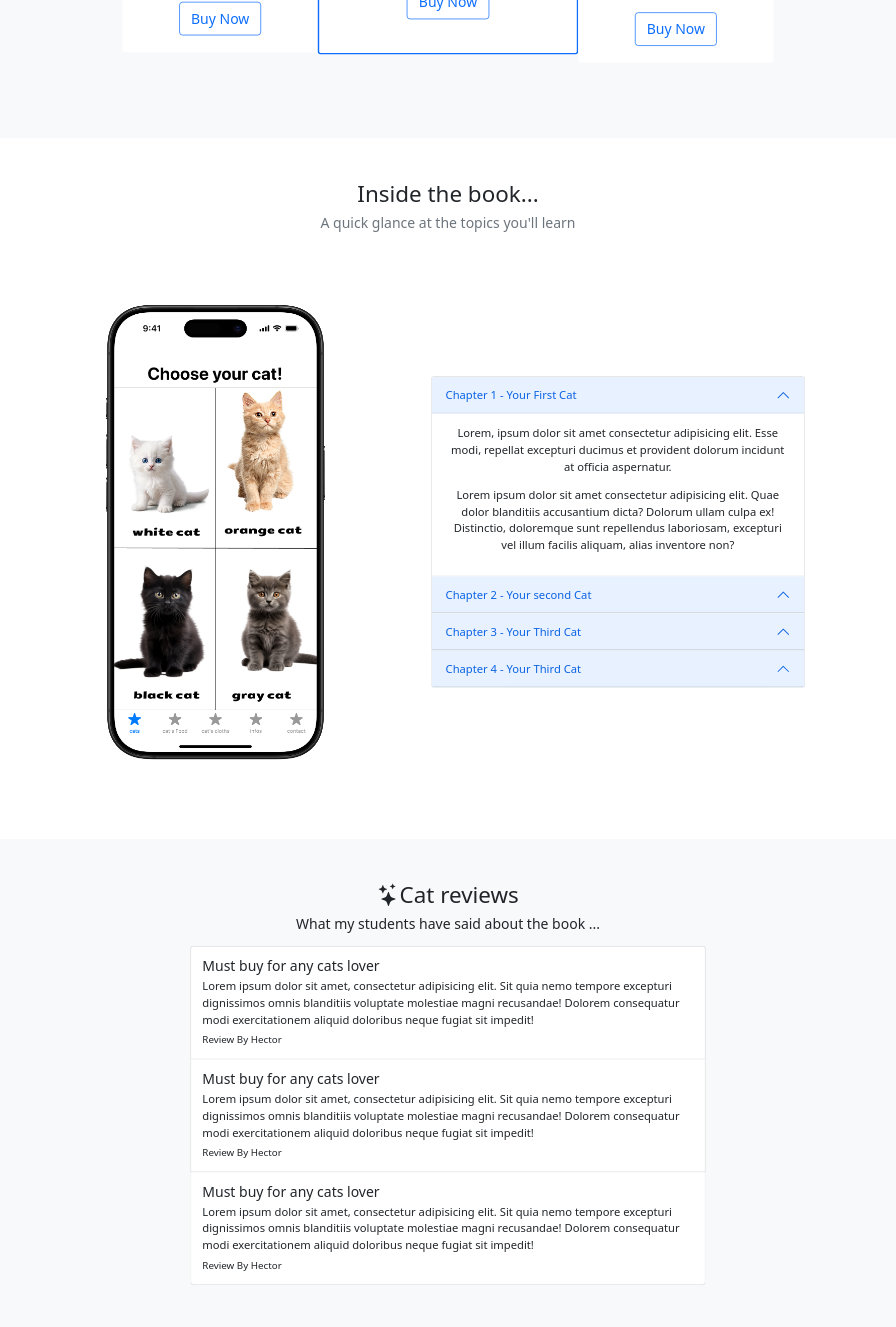
Repository: rihebtlh/catty-storefront
Page: index.html
The author's editor kept a copy of each file at every save. The page is drawn from the files as they stood at one save, then again after the next save.
The browser window is 1280 px wide. The pictures show the part of the page from y = 1261 to 3181 px (the page is 3157 px tall before and 3181 px after), at 70% of full size.

Above is the page before, as saved 2025-06-18 16:42:22.

### index.html
<!DOCTYPE html>
<html lang="en">
<head>
  <meta charset="UTF-8" />
  <meta name="viewport" content="width=device-width, initial-scale=1.0" />
  <link
    href="https://cdn.jsdelivr.net/npm/bootstrap@5.0.2/dist/css/bootstrap.min.css"
    rel="stylesheet"
    integrity="sha384-EVSTQN3/azprG1Anm3QDgpJLIm9Nao0Yz1ztcQTwFspd3yD65VohhpuuCOmLASjC"
    crossorigin="anonymous"
  />
  <link rel="stylesheet" href="https://cdn.jsdelivr.net/npm/bootstrap-icons@1.13.1/font/bootstrap-icons.min.css">
  <title>Catty</title>
  <style>
    section {
      padding: 60px 0;
    }
  </style>
</head>
<body>
  <!-- Navbar -->
    <nav class="navbar navbar-expand-md navbar-light bg-light">
        <div class="container-xxl">
            <a href="#intro" class="navbar-brand">
                <span class="fw-bold text-secondary">Catty - find your cat</span>
            </a>
      <!-- Toggle button -->
            <button
                class="navbar-toggler"
                type="button"
                data-bs-toggle="collapse"
                data-bs-target="#main-nav"
                aria-controls="main-nav"
                aria-expanded="false"
                aria-label="Toggle navigation">
                <span class="navbar-toggler-icon"></span>
            </button>
      <!-- Navbar links -->
            <div class="collapse navbar-collapse justify-content-end align-center" id="main-nav">
                <ul class="navbar-nav">
                <li class="nav-item">
                    <a class="nav-link" href="#topics">About</a>
                </li>
                <li class="nav-item">
                    <a class="nav-link" href="#reviews">Reviews</a>
                </li>
                <li class="nav-item">
                    <a class="nav-link" href="#contact">Get in Touch</a>
                </li>
                <li class="nav-item d-md-none">
                    <a class="nav-link" href="#pricing">Pricing</a>
                </li>
                <li class="nav-item ms-2 d-none d-md-inline">
                    <a class="btn btn-secondary" href="#pricing">Get it Now</a>
                </li>
                </ul>
            </div>
        </div>
    </nav>

  <!-- Main image & intro text -->
  <section id="intro">
    <div class="container-lg">
      <div class="row justify-content-center align-items-center">
        <div class="col-md-5 text-center text-md-start">
          <h1>
            <div class="display-2">Catty</div>
            <div class="display-5 text-muted">Where every kitty feels at home</div>
          </h1>
          <p class="lead my-4 text-muted">
            Lorem ipsum dolor sit amet consectetur adipisicing elit.
          </p>
          <a href="#pricing" class="btn btn-secondary btn-lg">Get your cat Now!</a>
        </div>
        <div class="col-md-5 text-center d-none d-md-block">
          <img class="img-fluid" src="/assets/catLogo.webp" alt="cat" />
        </div>
      </div>
    </div>
  </section>

    <!-- pricing plans -->
    <!-- pricing plans -->
  <section id="pricing" class="bg-light mt-5">
    <div class="container-lg">
      <div class="text-center">
        <h2>Pricing Plans</h2>
        <p class="lead text-muted">Choose a pricing plan to suit you.</p>
      </div>

      <div class="row my-5 g-0 align-items-center justify-content-center"> <!--g-0 is for the gap so this one there's no gap-->
        <div class="col-8 col-lg-4 col-xl-3">
          <div class="card border-0">
            <div class="card-body text-center py-4">
              <h4 class="card-title">Starter Edition</h4>
              <p class="lead card-subtitle">eBook download only</p>
              <p class="display-5 my-4 text-primary fw-bold">$12.99</p>
              <p class="card-text mx-5 text-muted d-none d-lg-block">Lorem ipsum dolor sit amet consectetur adipisicing elit. Mollitia, vitae magni! Repellat commodi a fuga corporis saepe dolorum.</p>
              <a href="#" class="btn btn-outline-primary btn-lg mt-3">
                Buy Now
              </a>
            </div>
          </div>
        </div>

        <div class="col-9 col-lg-4">
          <div class="card border-primary border-2">
            <div class="card-header text-center text-primary">Most Popular</div>
            <div class="card-body text-center py-5">
              <h4 class="card-title">Complete Edition</h4>
              <p class="lead card-subtitle">eBook download & all updates</p>
              <p class="display-4 my-4 text-primary fw-bold">$18.99</p>
              <p class="card-text mx-5 text-muted d-none d-lg-block">Lorem ipsum dolor sit amet consectetur adipisicing elit. Mollitia, vitae magni! Repellat commodi a fuga corporis saepe dolorum.</p>
              <a href="#" class="btn btn-outline-primary btn-lg mt-3">
                Buy Now
              </a>
            </div>
          </div>
        </div>

        <div class="col-8 col-lg-4 col-xl-3">
          <div class="card border-0">
            <div class="card-body text-center py-4">
              <h4 class="card-title">Ultimate Edition</h4>
              <p class="lead card-subtitle">download, updates & extras</p>
              <p class="display-5 my-4 text-primary fw-bold">$24.99</p>
              <p class="card-text mx-5 text-muted d-none d-lg-block">Lorem ipsum dolor sit amet consectetur adipisicing elit. Mollitia, vitae magni! Repellat commodi a fuga corporis saepe dolorum.</p>
              <a href="#" class="btn btn-outline-primary btn-lg mt-3">
                Buy Now
              </a>
            </div>
          </div>
        </div>
      </div>
    </div><!-- end container -->
  </section>

    <!-- topics at a glance -->
     <section class="topics">
      <div class="container-md"> <!--100% width until meduim screens qt thispoint it will get everything at the middle-->
        <div class="text-center">
          <h2>Inside the book...</h2>
          <p class="lead text-muted">
            A quick glance at the topics you'll learn
          </p>
          <div class="row my-5 g-5 justify-content-around align-items-center">
            <div class="col-6 col-lg-4">
              <img src="/assets/phone.png" class="img-fluid" alt="ebook">
            </div>
            <div class="col-lg-6">
            <!-- accordion 1-->
            <div class="accordion" id="chapters">
              <div class="accordion-item">
                <h2 class="accordion-header" id="heading-1">
                  <button class="accordion-button" type="button" data-bs-toggle="collapse" data-bs-target="#chapter-1" aria-expanded="true" aria-controls="chapter-1">
                    Chapter 1 - Your First Cat
                  </button>
                </h2>
                <div id="chapter-1" class="accordion-collapse collapse show" aria-labelledby="heading-1" data-bs-parent="#chapters">
                  <div class="accordion-body">
                    <p>Lorem, ipsum dolor sit amet consectetur adipisicing elit. Esse modi, repellat excepturi ducimus et provident dolorum incidunt at officia aspernatur.</p>
                    <p>Lorem ipsum dolor sit amet consectetur adipisicing elit. Quae dolor blanditiis accusantium dicta? Dolorum ullam culpa ex! Distinctio, doloremque sunt repellendus laboriosam, excepturi vel illum facilis aliquam, alias inventore non?</p>

                  </div>
                </div>
              </div>
              <!-- accordion 2-->
              <div class="accordion-item">
                <h2 class="accordion-header" id="heading-2">
                  <button class="accordion-button" type="button" data-bs-toggle="collapse" data-bs-target="#chapter-2" aria-expanded="true" aria-controls="chapter-2">
                    Chapter 2 - Your second Cat
                  </button>
                </h2>
                <div id="chapter-2" class="accordion-collapse collapse" aria-labelledby="heading-2" data-bs-parent="#chapters">
                  <div class="accordion-body">
                    <p>Lorem, ipsum dolor sit amet consectetur adipisicing elit. Esse modi, repellat excepturi ducimus et provident dolorum incidunt at officia aspernatur.</p>
                    <p>Lorem ipsum dolor sit amet consectetur adipisicing elit. Quae dolor blanditiis accusantium dicta? Dolorum ullam culpa ex! Distinctio, doloremque sunt repellendus laboriosam, excepturi vel illum facilis aliquam, alias inventore non?</p>
                  </div>
                </div>
              </div>

              <!-- accordion 3-->
              <div class="accordion-item">
                <h2 class="accordion-header" id="heading-3">
                  <button class="accordion-button" type="button" data-bs-toggle="collapse" data-bs-target="#chapter-3" aria-expanded="true" aria-controls="chapter-3">
                    Chapter 3 - Your Third Cat
                  </button>
                </h2>
                <div id="chapter-3" class="accordion-collapse collapse" aria-labelledby="heading-3" data-bs-parent="#chapters">
                  <div class="accordion-body">
                    <p>Lorem, ipsum dolor sit amet consectetur adipisicing elit. Esse modi, repellat excepturi ducimus et provident dolorum incidunt at officia aspernatur.</p>
                    <p>Lorem ipsum dolor sit amet consectetur adipisicing elit. Quae dolor blanditiis accusantium dicta? Dolorum ullam culpa ex! Distinctio, doloremque sunt repellendus laboriosam, excepturi vel illum facilis aliquam, alias inventore non?</p>
                  </div>
                </div>
              </div>

              <!-- accordion 4-->
              <div class="accordion-item">
                <h2 class="accordion-header" id="heading-4">
                  <button class="accordion-button" type="button" data-bs-toggle="collapse" data-bs-target="#chapter-4" aria-expanded="true" aria-controls="chapter-4">
                    Chapter 4 - Your Third Cat
                  </button>
                </h2>
                <div id="chapter-4" class="accordion-collapse collapse" aria-labelledby="heading-4" data-bs-parent="#chapters">
                  <div class="accordion-body">
                    <p>Lorem, ipsum dolor sit amet consectetur adipisicing elit. Esse modi, repellat excepturi ducimus et provident dolorum incidunt at officia aspernatur.</p>
                    <p>Lorem ipsum dolor sit amet consectetur adipisicing elit. Quae dolor blanditiis accusantium dicta? Dolorum ullam culpa ex! Distinctio, doloremque sunt repellendus laboriosam, excepturi vel illum facilis aliquam, alias inventore non?</p>
                  </div>
                </div>
              </div>
              </div>

            </div>

          </div><!--around: spred around any free space (all the gaps are equal)-->
        </div>
      </div>
     </section>



    <!-- reviews list -->
    <section class="bg-light" id="reviews">
      <div class="container-lg">
        <div class="text-center">
          <h2><i class="bi bi-stars"></i>Cat reviews</h2>
          <p class="lead">What my students have said about the book ...</p>
        </div>
        <div class="row justify-content-center">
          <div class="col-lg-8">
            <div class="list-group">
              <div class="list-group-item py-3">

                <h5 class="mb-1">Must buy for any cats lover</h5>
                <p class="mb-1">Lorem ipsum dolor sit amet, consectetur adipisicing elit. Sit quia nemo tempore excepturi dignissimos omnis blanditiis voluptate molestiae magni recusandae! Dolorem consequatur modi exercitationem aliquid doloribus neque fugiat sit impedit!</p>
                <small>Review By Hector</small>
              </div>
              <div class="list-group-item py-3">
                <h5 class="mb-1">Must buy for any cats lover</h5>
                <p class="mb-1">Lorem ipsum dolor sit amet, consectetur adipisicing elit. Sit quia nemo tempore excepturi dignissimos omnis blanditiis voluptate molestiae magni recusandae! Dolorem consequatur modi exercitationem aliquid doloribus neque fugiat sit impedit!</p>
                <small>Review By Hector</small>
              </div>
              <div class="list-group-item py-3">
                <h5 class="mb-1">Must buy for any cats lover</h5>
                <p class="mb-1">Lorem ipsum dolor sit amet, consectetur adipisicing elit. Sit quia nemo tempore excepturi dignissimos omnis blanditiis voluptate molestiae magni recusandae! Dolorem consequatur modi exercitationem aliquid doloribus neque fugiat sit impedit!</p>
                <small>Review By Hector</small>
              </div>
            </div>
          </div>
        </div>
      </div>
    </section>
    <!-- contact form -->


    <!-- get updates / modal trigger -->

  <!-- Bootstrap JS -->
  <script
    src="https://cdn.jsdelivr.net/npm/bootstrap@5.0.2/dist/js/bootstrap.bundle.min.js"
    integrity="sha384-MrcW6ZMFYlzcLA8Nl+NtUVF0sA7MsXsP1UyJoMp4YLEuNSfAP+JcXn/tWtIaxVXM"
    crossorigin="anonymous"
  ></script>
</body>
</html>

After the next save:
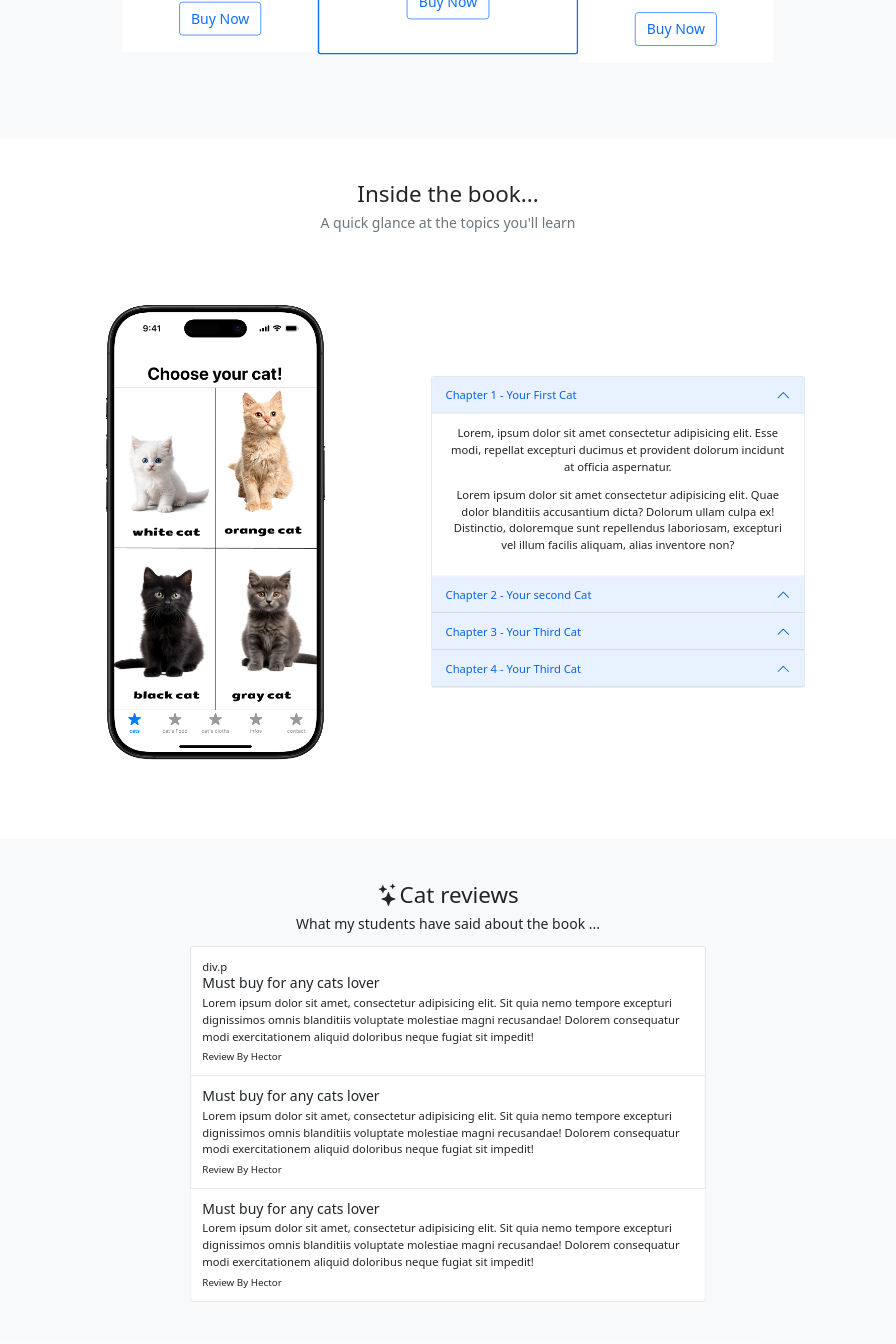
Saved 14 s later.
--- a/index.html
+++ b/index.html
@@ -230,7 +230,7 @@
           <div class="col-lg-8">
             <div class="list-group">
               <div class="list-group-item py-3">
-
+                div.p
                 <h5 class="mb-1">Must buy for any cats lover</h5>
                 <p class="mb-1">Lorem ipsum dolor sit amet, consectetur adipisicing elit. Sit quia nemo tempore excepturi dignissimos omnis blanditiis voluptate molestiae magni recusandae! Dolorem consequatur modi exercitationem aliquid doloribus neque fugiat sit impedit!</p>
                 <small>Review By Hector</small>
